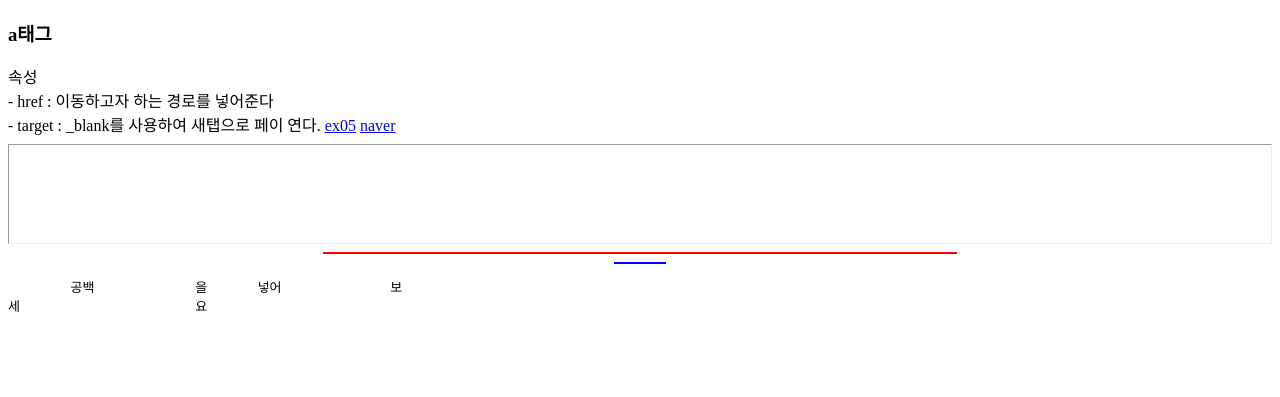
Repository: cleangggg/front
Page: html/ex07.html
The author's editor kept a copy of each file at every save. The page is drawn from the files as they stood at one save, then again after the next save.
The browser window is 1280 px wide. The pictures show the whole page.

Above is the page before, as saved 2023-05-23 00:26:59.

### html/ex07.html
<!DOCTYPE html>
<html>
<head>
<meta charset="UTF-8">
<title>Insert title here</title>
</head>
	<h3>a태그</h3>
	속성<br>
	- href : 이동하고자 하는 경로를 넣어준다<br>
	- target : _blank를 사용하여 새탭으로 페이 연다.
	<a href="ex05.html">ex05</a>
	<a href="https://www.naver.com">naver</a>



<hr size="100">
<hr width = "50%" align="center" color = "red">
<hr width = "50px" align="center" color = "blue">


<body>
	<pre>
	공백		을 	넣어		 보
세 			요
</pre>

</body>
</html>

After the next save:
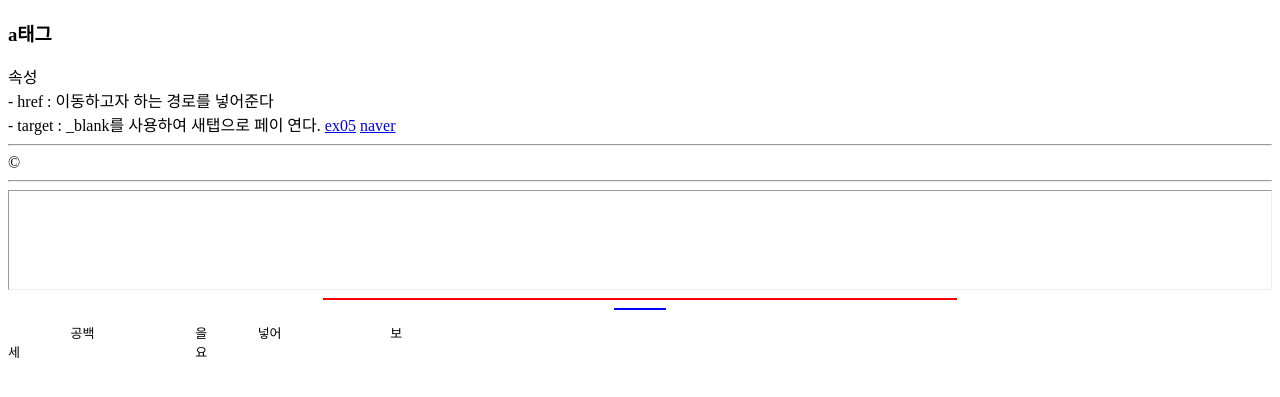
Saved 28 s later.
--- a/html/ex07.html
+++ b/html/ex07.html
@@ -10,6 +10,10 @@
 	- target : _blank를 사용하여 새탭으로 페이 연다.
 	<a href="ex05.html">ex05</a>
 	<a href="https://www.naver.com">naver</a>
+<hr>
+&copy;
+<hr>
+
 
 
 
